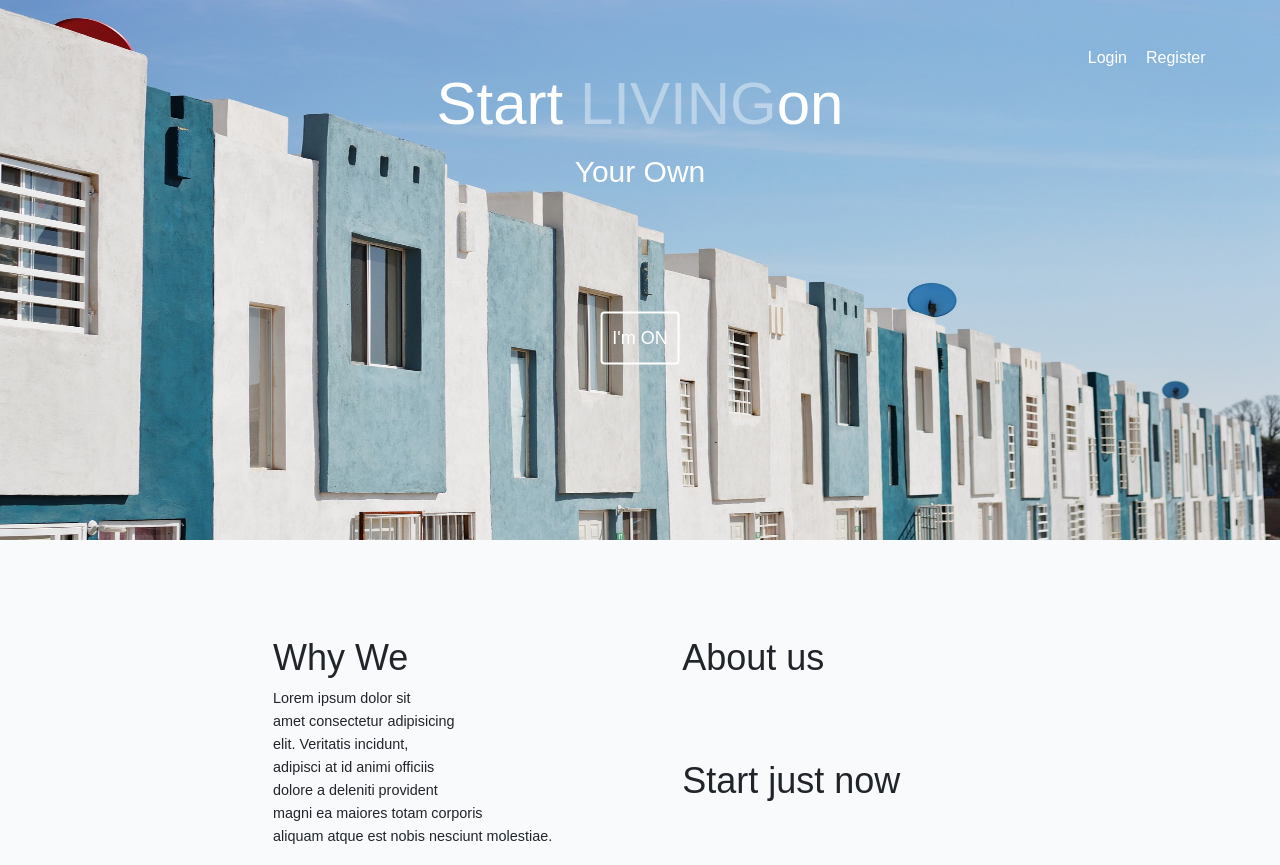
Repository: PatryxB/buildHouse
Page: http://localhost/
The author's editor kept a copy of each file at every save. The page is drawn from the files as they stood at one save, then again after the next save.
The browser window is 1280 px wide. The pictures show the whole page.
Some web fonts or font styles are not loaded; a fallback is used. The page is served by the project's Laravel application, run on PHP 8.4 with Laravel 8. Other server files are loaded and not shown. Style sheets and scripts are compiled from the project's sources, by tool versions that may differ from the author's.

Above is the page before, as saved 2020-05-06 10:24:12.

### resources/views/welcome.blade.php
<!DOCTYPE html>
<html lang="{{ str_replace('_', '-', app()->getLocale()) }}">
    <head>
        <meta charset="utf-8">
        <meta name="viewport" content="width=device-width, initial-scale=1">

        <title>Laravel</title>

        <!-- Fonts -->
        <link href="https://fonts.googleapis.com/css?family=Nunito:200,600" rel="stylesheet">
        <link rel="stylesheet" href="/css/app.css">

    </head>
    <body>

        <section id="welcome">
            <div class="banner">
                <img src="{{asset('/img/housebanner.jpg')}}" alt="">
                <div class="text-banner">
                    <h1 style="font-size:60px">Start <span style="opacity: .4;">LIVING</span>on</h1>
                    <p style="font-size:30px">Your Own</p>
                    <button class="btn">I'm ON</button>
                </div>
            </div>
        </section>

        @extends('layouts.app')
        @section('content')

            <div class="container">
                <div class="info">
                    <h1>Why We</h1>
                    <p>Lorem ipsum dolor sit <br>
                    amet consectetur adipisicing <br>
                    elit. Veritatis incidunt, <br>
                    adipisci at id animi officiis <br>
                    dolore a deleniti provident <br>
                    magni ea maiores totam corporis <br>
                    aliquam atque est nobis nesciunt molestiae.</p>
                </div>
                <div class="info"><h1>About us</h1></div>
                <div class="info"><h1>Start just now</h1></div>
            </div>

        @endsection
    </body>
</html>

### resources/views/layouts/app.blade.php
<!doctype html>
<html lang="{{ str_replace('_', '-', app()->getLocale()) }}">
<head>
    <meta charset="utf-8">
    <meta name="viewport" content="width=device-width, initial-scale=1">

    <!-- CSRF Token -->
    <meta name="csrf-token" content="{{ csrf_token() }}">

    <title>{{ config('app.name', 'Laravel') }}</title>

    <!-- Scripts -->
    <script src="{{ asset('js/app.js') }}" defer></script>

    <!-- Fonts -->
    <link rel="dns-prefetch" href="//fonts.gstatic.com">
    <link href="https://fonts.googleapis.com/css?family=Nunito" rel="stylesheet">

    <!-- Styles -->
    <link href="{{ asset('css/app.css') }}" rel="stylesheet">
</head>
<body>
    <div id="app">
        <nav>
            @if (Route::has('login'))
                <div class="top-right links">
                    @auth
                        <a href="{{ url('/home') }}">Home</a>
                    @else
                        <a href="{{ route('login') }}">Login</a>

                        @if (Route::has('register'))
                            <a href="{{ route('register') }}">Register</a>
                        @endif
                    @endauth
                </div>
            @endif

        </nav>
        <main class="py-4">
            @yield('content')
        </main>
    </div>
</body>
</html>

### resources/sass/app.scss
// Fonts
@import url('https://fonts.googleapis.com/css?family=Nunito');
@import url('https://fonts.googleapis.com/css2?family=Varela+Round&display=swap');

// Variables
@import 'variables';

// Bootstrap
@import '~bootstrap/scss/bootstrap';

html, body{
    margin: 0;
    padding: 0;
    box-sizing: border-box;
    font-family: 'Varela Round', sans-serif;
}

.banner img{
    width: 100%;
    height: 75vh;
    background-repeat: no-repeat;
    position: relative;
}
nav{
    position: absolute;
    top: 8%;
    left: 89%;
    transform: translate(-50%, -50%);
}
nav a {
    color: white;
    font-size: 16px;
    margin-left: 15px;
}
.text-banner{
    color: white;
    position: absolute;
    top: 30%;
    left: 50%;
    transform: translate(-50%, -50%);
    text-align: center;
}
.btn{
    border: solid 2px white;
    background-color: transparent;
    color: white;
    margin-top: 100px;
    font-size: 18px;
    padding: 10px;
}
.btn:hover{
    background-color: white;
    color:rgba(92, 217, 255, 0.4);
}
.container{
    width: 80%;
    margin: 0 auto;
}
.info{
    float:left;
    margin-left: 130px;
    margin-top: 10vh;
}

Loaded but not shown: routes/web.php (common file); app/Http/Controllers/Auth/LoginController.php (common file); app/Http/Controllers/Controller.php (common file); app/Http/Controllers/Auth/ConfirmPasswordController.php (common file); resources/sass/_variables.scss (common file)

After the next save:
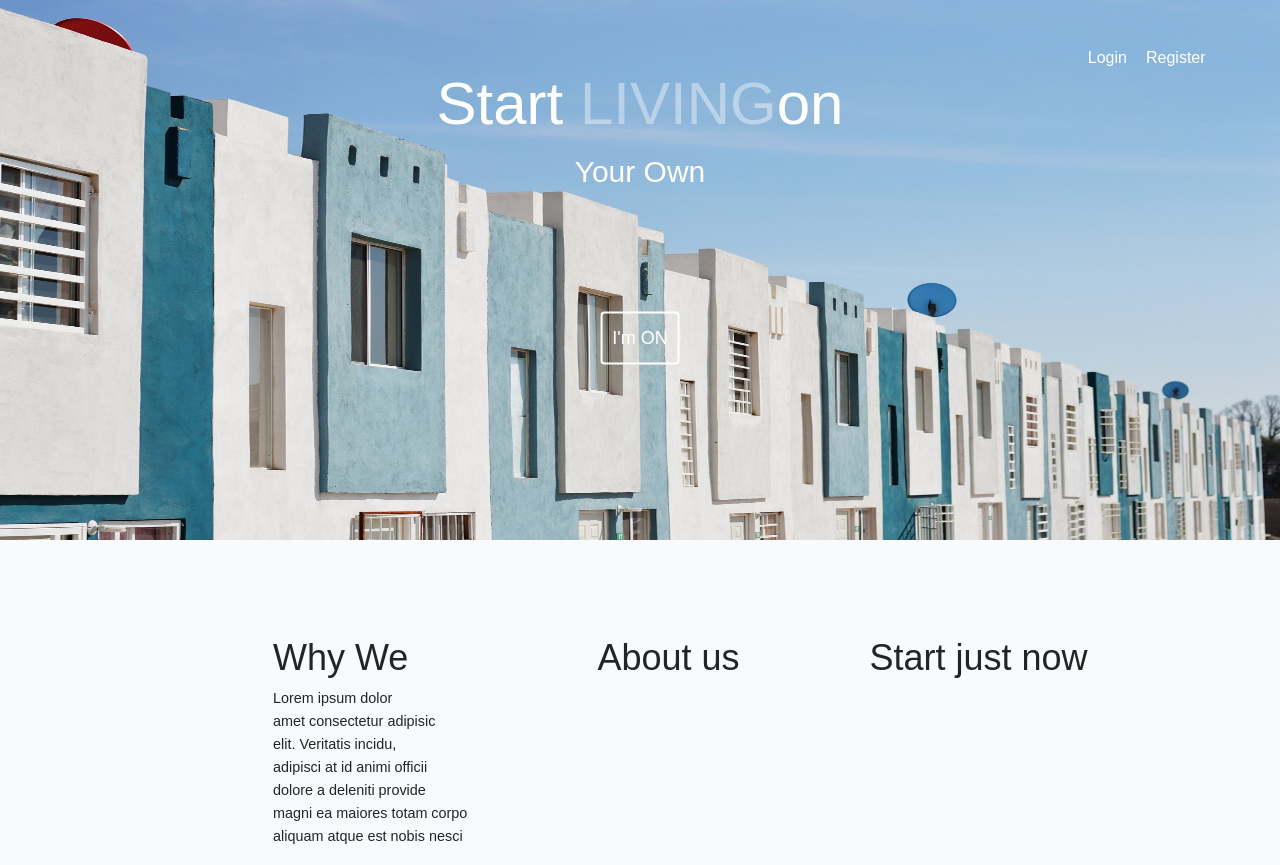
Saved 33 s later.
--- a/resources/views/welcome.blade.php
+++ b/resources/views/welcome.blade.php
@@ -30,13 +30,13 @@
             <div class="container">
                 <div class="info">
                     <h1>Why We</h1>
-                    <p>Lorem ipsum dolor sit <br>
-                    amet consectetur adipisicing <br>
-                    elit. Veritatis incidunt, <br>
-                    adipisci at id animi officiis <br>
-                    dolore a deleniti provident <br>
-                    magni ea maiores totam corporis <br>
-                    aliquam atque est nobis nesciunt molestiae.</p>
+                    <p>Lorem ipsum dolor  <br>
+                    amet consectetur adipisic<br>
+                    elit. Veritatis incidu, <br>
+                    adipisci at id animi officii<br>
+                    dolore a deleniti provide <br>
+                    magni ea maiores totam corpo <br>
+                    aliquam atque est nobis nesci</p>
                 </div>
                 <div class="info"><h1>About us</h1></div>
                 <div class="info"><h1>Start just now</h1></div>
